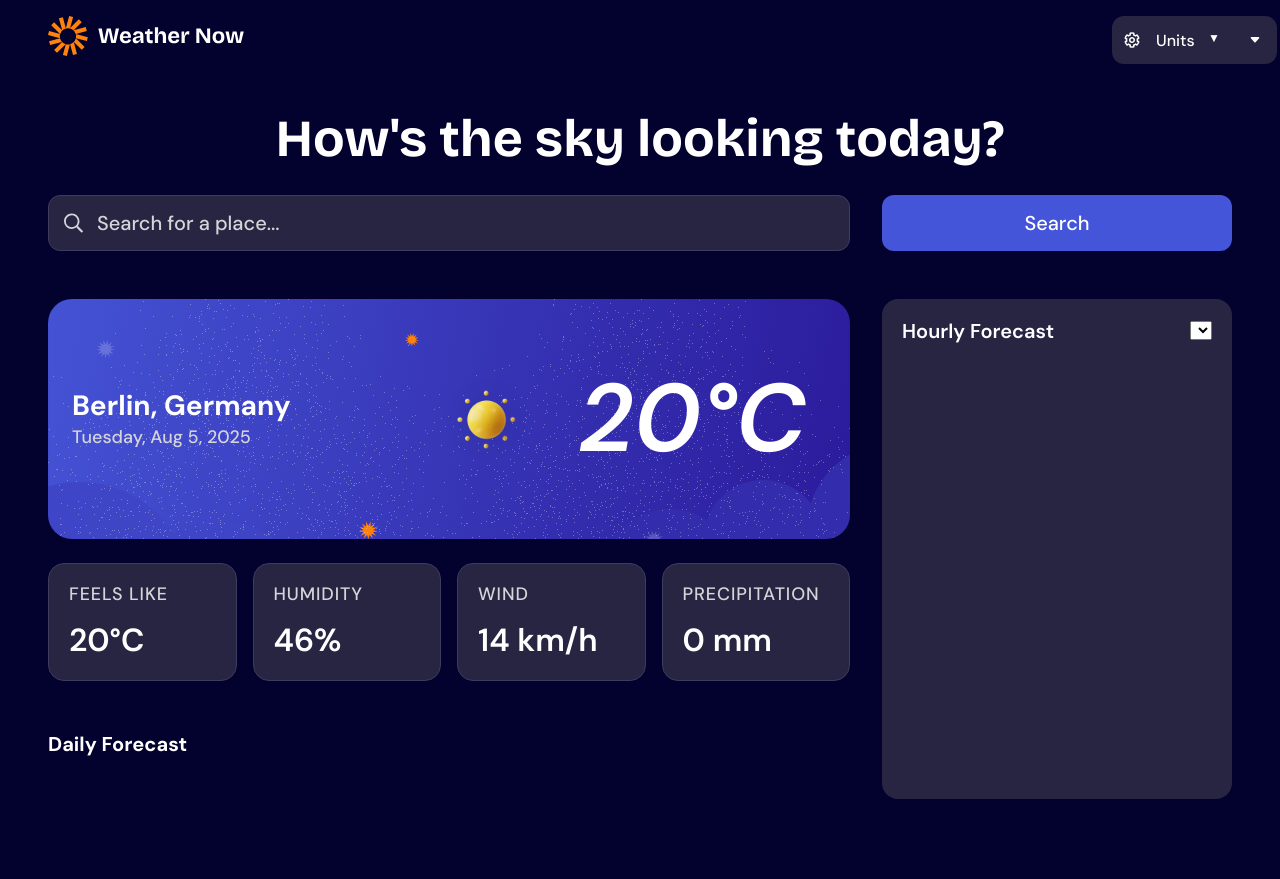
Repository: MKwaak/weather-app-main
Page: index.html
An editor plug-in stored every save of this project. The page is shown before and after the next save, followed by the edit.
The browser window is 1280 px wide. The pictures show the whole page.
The page's requests for data from a server got no answer.

Above is the page before, as saved 2026-02-01 14:20:47.

After the next save:
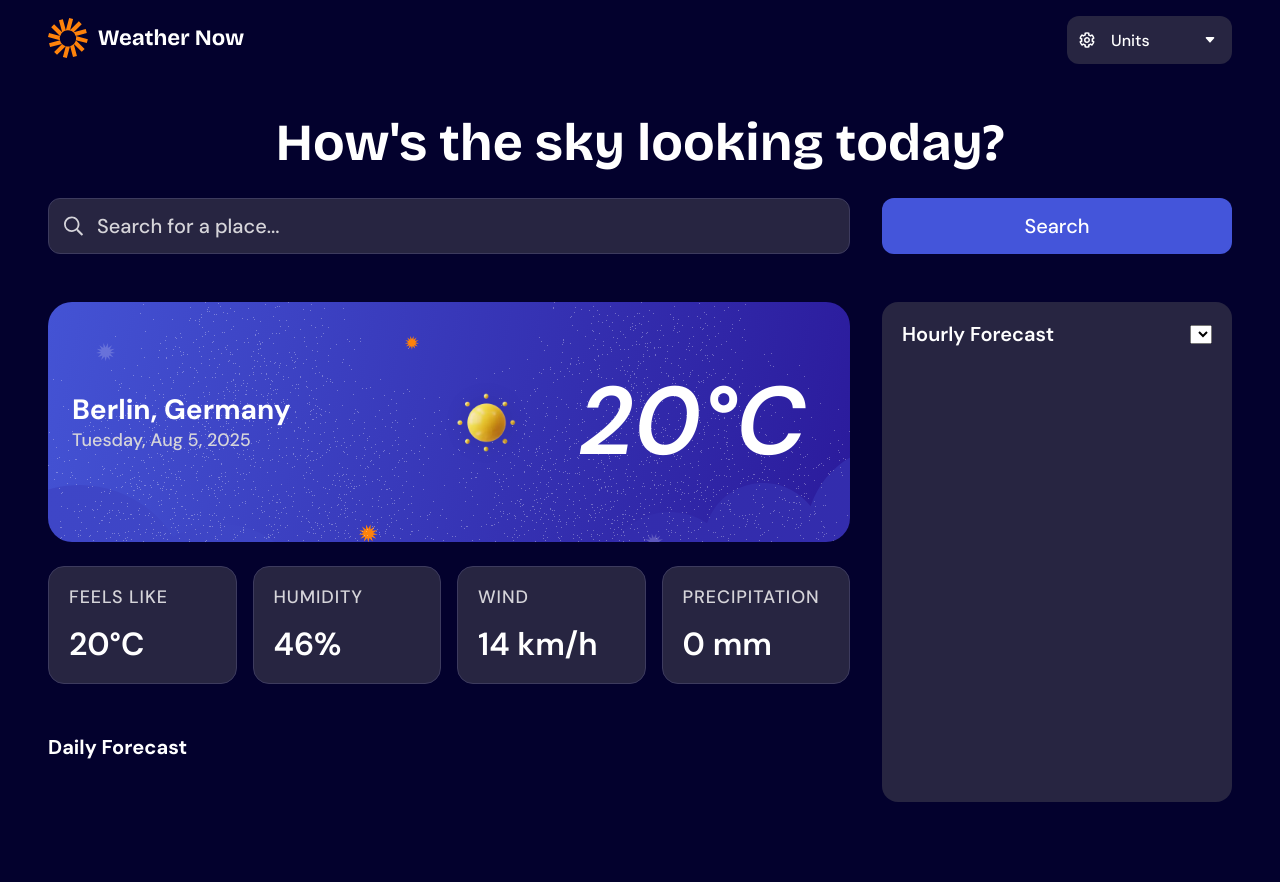
Saved 11 min 21 s later.
--- a/style.css
+++ b/style.css
@@ -262,21 +262,8 @@
     }
 
     .header__select {
-      position: relative;
-      width: 120px;
-      height: 44px;
-      overflow: visible; /* important for debugging */
-    }
-
-    .header__select::after {
-      content: "▼";
-      position: absolute;
-      right: 12px;
-      top: 50%;
-      transform: translateY(-50%);
-      font-size: 12px;
-      color: white;
-      pointer-events: none;
+      display: inline-block;
+      width: auto;
     }
 
     .header__dropdown {
